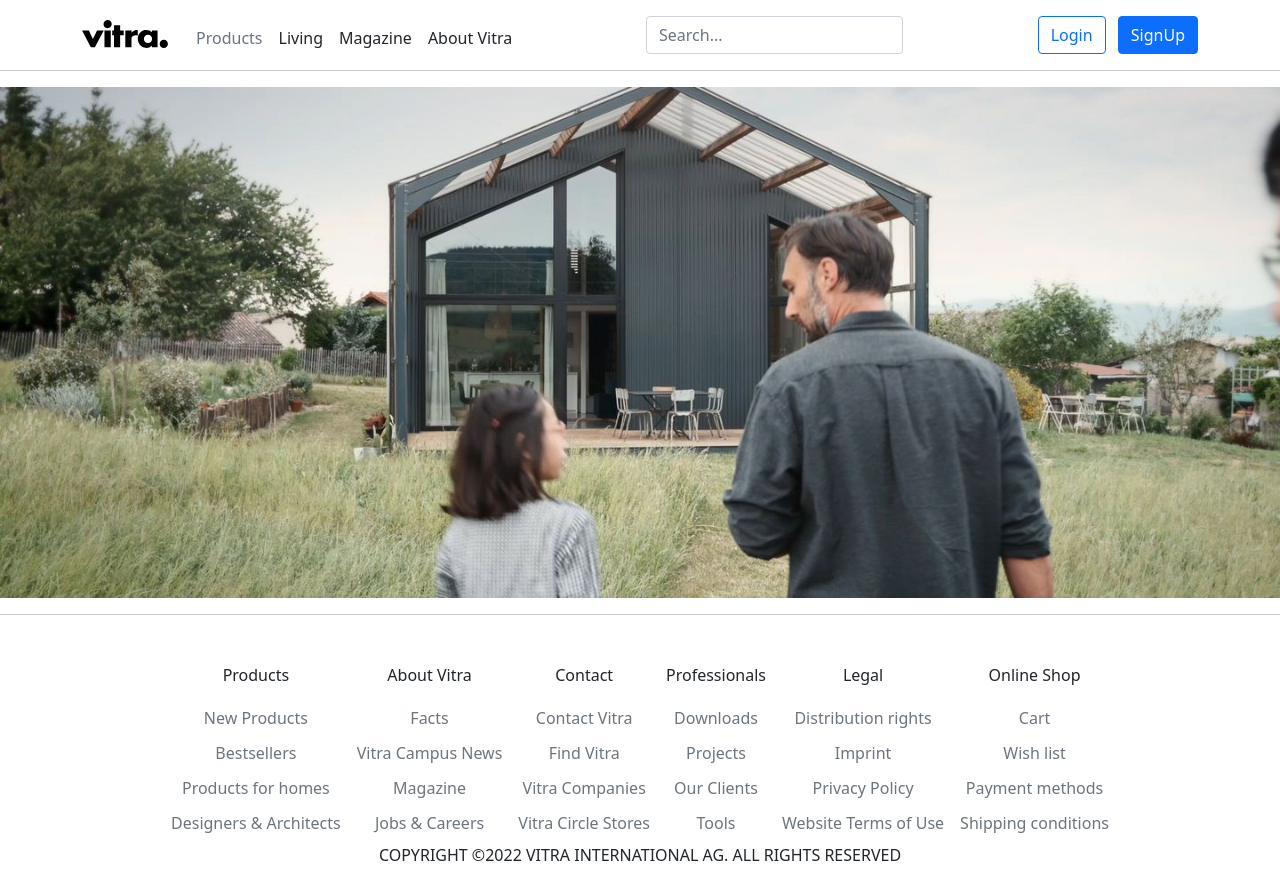
Repository: dllgkdud/pro06
Page: http://localhost/index
These files come from the project's save history. The page is drawn as it stood at one moment and after the next save; the edit follows.
The browser window is 1280 px wide. The pictures show the whole page.
The page is this project's Thymeleaf template; nobody is signed in. The template is opened directly, without the code that normally fills it, so the values that code supplies are empty.

Above is the page before, as saved 2022-12-20 00:56:23.

After the next save:
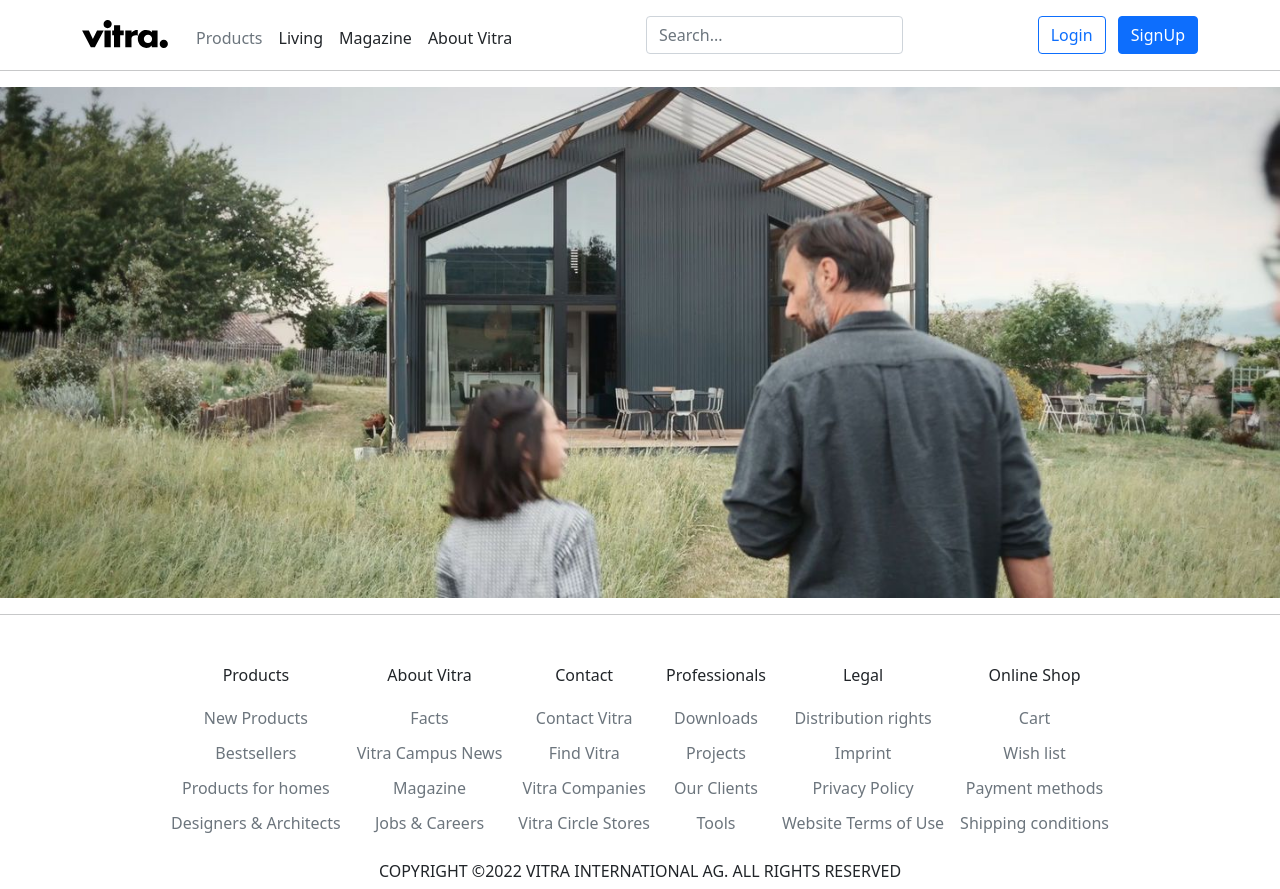
Saved 8 s later.
--- a/myapp/src/main/resources/templates/common/footer.html
+++ b/myapp/src/main/resources/templates/common/footer.html
@@ -61,7 +61,7 @@
 					</ul>
 				</li>
 	        </ul>
-	        <div th:fragment="copyright" class="col-12 col-lg-12 px-2 mt-2 text-center" id="copyright">
+	        <div th:fragment="copyright" class="col-12 col-lg-12 mt-4 text-center" id="copyright">
 				<h6>COPYRIGHT ©2022 VITRA INTERNATIONAL AG. ALL RIGHTS RESERVED</h6>
 			</div>
 		</div>
